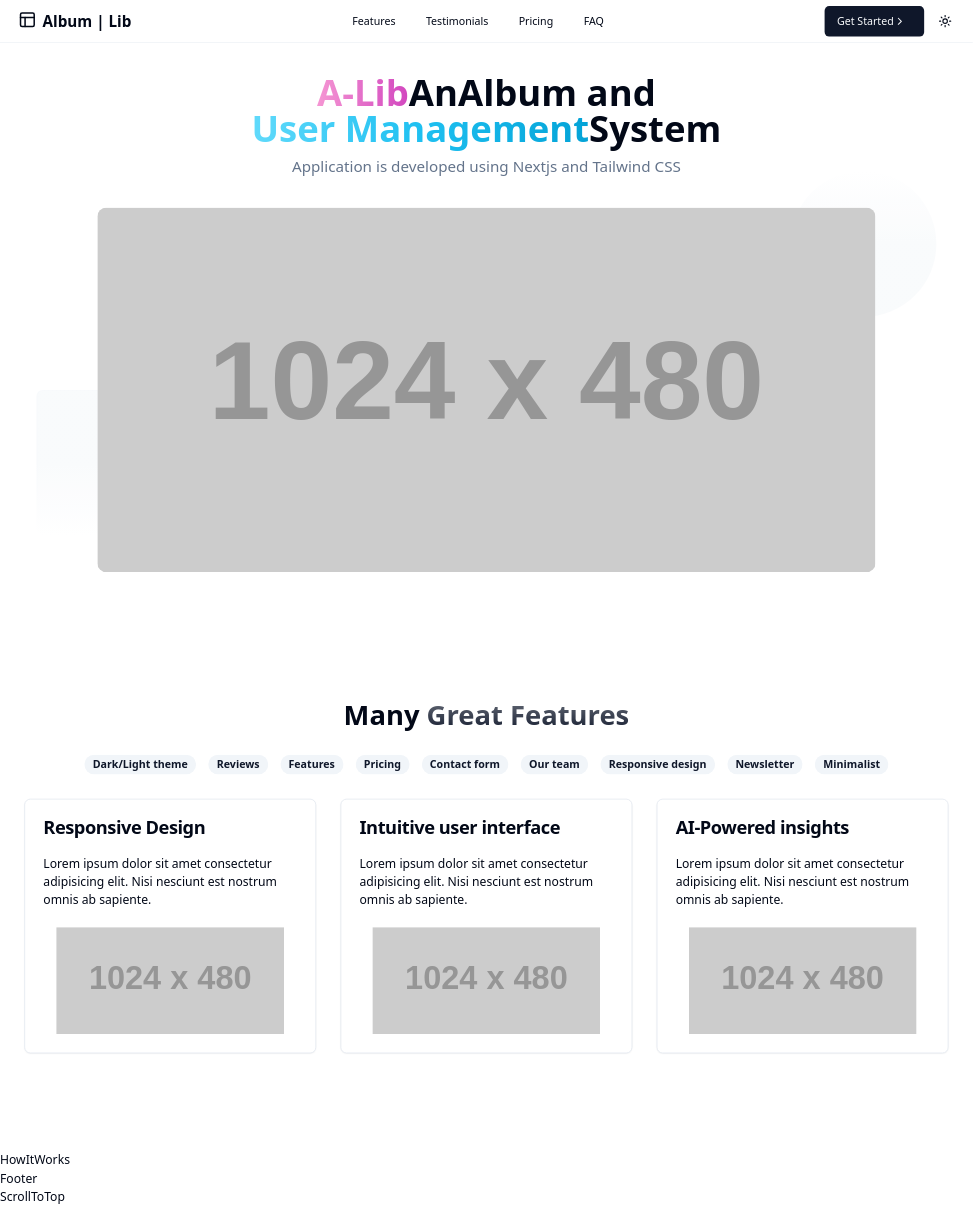
Repository: DevLaukey/savannah-informatics-test
Page: /
An editor plug-in stored every save of this project. The page is shown before and after a run of saves, followed by the edit.
The browser window is 1280 px wide. The pictures show the whole page, at 76% of full size.
The project was rebuilt for these pictures with package versions that can differ from the ones it lists, and the page was loaded fresh each time. The framework's server and built-in components were replaced by stand-ins that run in the browser. Also part of the build but not shown: next.config.mjs.

Above is the page before, as saved 2024-06-04 22:23:21.

### app/layout.jsx
import "./globals.css";
import { Inter as FontSans } from "next/font/google";

import { cn } from "@/lib/utils";
import { ThemeProvider } from "@/lib/theme-provider";

const fontSans = FontSans({
  subsets: ["latin"],
  variable: "--font-sans",
});

export default function RootLayout({ children }) {
  return (
    <html lang="en" suppressHydrationWarning>
      <head />
      <body
        className={cn(
          "min-h-screen bg-background font-sans antialiased",
          fontSans.variable
        )}
      >
        <ThemeProvider
          attribute="class"
          defaultTheme="system"
          enableSystem
          disableTransitionOnChange
        >
          {children}
        </ThemeProvider>
      </body>
    </html>
  );
}

### app/page.jsx
import Footer from "@/components/Footer";
import About from "@/components/landing-page/About";
import Hero from "@/components/landing-page/Hero";
import HowItWorks from "@/components/landing-page/HowItWorks";
import Navbar from "@/components/Navbar";
import ScrollToTop from "@/components/ScrollToTop";


// this is the landing page
export default function Home() {
  return (
    <>
      <Navbar />
      <Hero />
      <About />
      <HowItWorks />
      <Footer />
      <ScrollToTop />
    </>
  );
}

### components/landing-page/About.jsx
import { Badge } from "@/components/ui/badge";
import {
  Card,
  CardContent,
  CardFooter,
  CardHeader,
  CardTitle,
} from "@/components/ui/card";

const features = [
  {
    title: "Responsive Design",
    description:
      "Lorem ipsum dolor sit amet consectetur adipisicing elit. Nisi nesciunt est nostrum omnis ab sapiente.",
    image: "https://placehold.co/1024x480",
  },
  {
    title: "Intuitive user interface",
    description:
      "Lorem ipsum dolor sit amet consectetur adipisicing elit. Nisi nesciunt est nostrum omnis ab sapiente.",
    image: "https://placehold.co/1024x480",
  },
  {
    title: "AI-Powered insights",
    description:
      "Lorem ipsum dolor sit amet consectetur adipisicing elit. Nisi nesciunt est nostrum omnis ab sapiente.",
    image: "https://placehold.co/1024x480",
  },
];

const featureList = [
  "Dark/Light theme",
  "Reviews",
  "Features",
  "Pricing",
  "Contact form",
  "Our team",
  "Responsive design",
  "Newsletter",
  "Minimalist",
];

export const About = () => {
  return (
    <section id="features" className="container py-24 sm:py-32 space-y-8">
      <h2 className="text-3xl lg:text-4xl font-bold md:text-center">
        Many{" "}
        <span className="bg-gradient-to-b from-primary/60 to-primary text-transparent bg-clip-text">
          Great Features
        </span>
      </h2>

      <div className="flex flex-wrap md:justify-center gap-4">
        {featureList.map((feature) => (
          <div key={feature}>
            <Badge variant="secondary" className="text-sm">
              {feature}
            </Badge>
          </div>
        ))}
      </div>

      <div className="grid md:grid-cols-2 lg:grid-cols-3 gap-8">
        {features.map(({ title, description, image }) => (
          <Card key={title}>
            <CardHeader>
              <CardTitle>{title}</CardTitle>
            </CardHeader>

            <CardContent>{description}</CardContent>

            <CardFooter>
              <img
                src={image}
                alt="About feature"
                className="w-[200px] lg:w-[300px] mx-auto"
              />
            </CardFooter>
          </Card>
        ))}
      </div>
    </section>
  );
};

export default About;

### components/landing-page/Hero.jsx
const Hero = () => {
  return (
    <>
      {/* Hero */}
      <div className="relative overflow-hidden py-6 lg:py-10">
        <div className="container">
          <div className="max-w-2xl text-center mx-auto">
            <main className="text-3xl md:text-5xl font-bold">
              <h1 className="inline-block">
                <span className="inline bg-gradient-to-r from-[#F596D3] to-[#D247BF] text-transparent bg-clip-text">
                  A-Lib
                </span>
                An
              </h1>
              Album and
              <h2 className="inline-block">
                <span className="inline bg-gradient-to-r from-[#61DAFB] via-[#1fc0f1] to-[#03a3d7] text-transparent bg-clip-text">
                  User Management
                </span>
                System
              </h2>
            </main>

            <p className="mt-3 text-xl text-muted-foreground">
              Application is developed using Nextjs and Tailwind CSS
            </p>
          </div>
          <div className="mt-10 relative max-w-5xl mx-auto">
            <img
              src="https://placehold.co/1024x480"
              className="rounded-xl"
              alt="Image Description"
            />
            <div className="absolute bottom-12 -start-20 -z-[1] w-48 h-48 bg-gradient-to-b from-primary-foreground via-primary-foreground to-background p-px rounded-lg">
              <div className="w-48 h-48 rounded-lg bg-background/10" />
            </div>
            <div className="absolute -top-12 -end-20 -z-[1] w-48 h-48 bg-gradient-to-t from-primary-foreground via-primary-foreground to-background p-px rounded-full">
              <div className="w-48 h-48 rounded-full bg-background/10" />
            </div>
          </div>
        </div>
      </div>
      {/* End Hero */}
    </>
  );
};

export default Hero;

### components/landing-page/HowItWorks.jsx
import React from 'react'

function HowItWorks() {
  return (
    <div>HowItWorks</div>
  )
}

export default HowItWorks

### components/Navbar.jsx
"use client";
import React, { useState } from "react";
import {
  NavigationMenu,
  NavigationMenuItem,
  NavigationMenuList,
} from "@/components/ui/navigation-menu";
import {
  Sheet,
  SheetContent,
  SheetHeader,
  SheetTitle,
  SheetTrigger,
} from "@/components/ui/sheet";
import { Button, buttonVariants } from "./ui/button";
import { ChevronRight, Menu } from "lucide-react";
import ModeToggle from "./mode-toggle";
import { LogoIcon } from "./Icons";

const routeList = [
  {
    href: "#features",
    label: "Features",
  },
  {
    href: "#testimonials",
    label: "Testimonials",
  },
  {
    href: "#pricing",
    label: "Pricing",
  },
  {
    href: "#faq",
    label: "FAQ",
  },
];

const Navbar = () => {
  const [isOpen, setIsOpen] = useState(false);
  return (
    <header className="sticky border-b-[1px] top-0 z-40 w-full bg-white dark:border-b-slate-700 dark:bg-background">
      <NavigationMenu className="mx-auto">
        <NavigationMenuList className="container h-14 px-4 w-screen flex justify-between">
          <NavigationMenuItem className="font-bold flex">
            <a
              rel="noreferrer noopener"
              href="/"
              className="ml-2 font-bold text-xl flex"
            >
              <LogoIcon />
              Album | Lib
            </a>
          </NavigationMenuItem>

          {/* mobile */}
          <span className="flex md:hidden">
            <ModeToggle />

            <Sheet open={isOpen} onOpenChange={setIsOpen}>
              <SheetTrigger className="px-2">
                <Menu
                  className="flex md:hidden h-5 w-5"
                  onClick={() => setIsOpen(true)}
                >
                  <span className="sr-only">Menu Icon</span>
                </Menu>
              </SheetTrigger>

              <SheetContent side={"left"}>
                <SheetHeader>
                  <SheetTitle className="font-bold text-xl">
                    Shadcn/React
                  </SheetTitle>
                </SheetHeader>
                <nav className="flex flex-col justify-center items-center gap-2 mt-4">
                  {routeList.map(({ href, label }) => (
                    <a
                      rel="noreferrer noopener"
                      key={label}
                      href={href}
                      onClick={() => setIsOpen(false)}
                      className={buttonVariants({ variant: "ghost" })}
                    >
                      {label}
                    </a>
                  ))}
                  <Button>
                    Get Started
                    <ChevronRight className="mr-2 h-4 w-4" />
                  </Button>
                </nav>
              </SheetContent>
            </Sheet>
          </span>

          {/* desktop */}
          <nav className="hidden md:flex gap-2">
            {routeList.map((route, i) => (
              <a
                rel="noreferrer noopener"
                href={route.href}
                key={i}
                className={`text-[17px] ${buttonVariants({
                  variant: "ghost",
                })}`}
              >
                {route.label}
              </a>
            ))}
          </nav>

          <div className="hidden md:flex gap-2">
            <Button>
              Get Started
              <ChevronRight className="mr-2 h-4 w-4" />
            </Button>
            <ModeToggle />
          </div>
        </NavigationMenuList>
      </NavigationMenu>
    </header>
  );
};
export default Navbar;

### components/ScrollToTop.jsx
import React from 'react'

function ScrollToTop() {
  return (
    <div>ScrollToTop</div>
  )
}

export default ScrollToTop

### components/ui/badge.jsx
import * as React from "react"
import { cva } from "class-variance-authority";

import { cn } from "@/lib/utils"

const badgeVariants = cva(
  "inline-flex items-center rounded-full border px-2.5 py-0.5 text-xs font-semibold transition-colors focus:outline-none focus:ring-2 focus:ring-ring focus:ring-offset-2",
  {
    variants: {
      variant: {
        default:
          "border-transparent bg-primary text-primary-foreground hover:bg-primary/80",
        secondary:
          "border-transparent bg-secondary text-secondary-foreground hover:bg-secondary/80",
        destructive:
          "border-transparent bg-destructive text-destructive-foreground hover:bg-destructive/80",
        outline: "text-foreground",
      },
    },
    defaultVariants: {
      variant: "default",
    },
  }
)

function Badge({
  className,
  variant,
  ...props
}) {
  return (<div className={cn(badgeVariants({ variant }), className)} {...props} />);
}

export { Badge, badgeVariants }

### components/ui/card.jsx
import * as React from "react"

import { cn } from "@/lib/utils"

const Card = React.forwardRef(({ className, ...props }, ref) => (
  <div
    ref={ref}
    className={cn("rounded-lg border bg-card text-card-foreground shadow-sm", className)}
    {...props} />
))
Card.displayName = "Card"

const CardHeader = React.forwardRef(({ className, ...props }, ref) => (
  <div
    ref={ref}
    className={cn("flex flex-col space-y-1.5 p-6", className)}
    {...props} />
))
CardHeader.displayName = "CardHeader"

const CardTitle = React.forwardRef(({ className, ...props }, ref) => (
  <h3
    ref={ref}
    className={cn("text-2xl font-semibold leading-none tracking-tight", className)}
    {...props} />
))
CardTitle.displayName = "CardTitle"

const CardDescription = React.forwardRef(({ className, ...props }, ref) => (
  <p
    ref={ref}
    className={cn("text-sm text-muted-foreground", className)}
    {...props} />
))
CardDescription.displayName = "CardDescription"

const CardContent = React.forwardRef(({ className, ...props }, ref) => (
  <div ref={ref} className={cn("p-6 pt-0", className)} {...props} />
))
CardContent.displayName = "CardContent"

const CardFooter = React.forwardRef(({ className, ...props }, ref) => (
  <div
    ref={ref}
    className={cn("flex items-center p-6 pt-0", className)}
    {...props} />
))
CardFooter.displayName = "CardFooter"

export { Card, CardHeader, CardFooter, CardTitle, CardDescription, CardContent }

### components/ui/navigation-menu.jsx
import * as React from "react"
import * as NavigationMenuPrimitive from "@radix-ui/react-navigation-menu"
import { cva } from "class-variance-authority"
import { ChevronDown } from "lucide-react"

import { cn } from "@/lib/utils"

const NavigationMenu = React.forwardRef(({ className, children, ...props }, ref) => (
  <NavigationMenuPrimitive.Root
    ref={ref}
    className={cn(
      "relative z-10 flex max-w-max flex-1 items-center justify-center",
      className
    )}
    {...props}>
    {children}
    <NavigationMenuViewport />
  </NavigationMenuPrimitive.Root>
))
NavigationMenu.displayName = NavigationMenuPrimitive.Root.displayName

const NavigationMenuList = React.forwardRef(({ className, ...props }, ref) => (
  <NavigationMenuPrimitive.List
    ref={ref}
    className={cn(
      "group flex flex-1 list-none items-center justify-center space-x-1",
      className
    )}
    {...props} />
))
NavigationMenuList.displayName = NavigationMenuPrimitive.List.displayName

const NavigationMenuItem = NavigationMenuPrimitive.Item

const navigationMenuTriggerStyle = cva(
  "group inline-flex h-10 w-max items-center justify-center rounded-md bg-background px-4 py-2 text-sm font-medium transition-colors hover:bg-accent hover:text-accent-foreground focus:bg-accent focus:text-accent-foreground focus:outline-none disabled:pointer-events-none disabled:opacity-50 data-[active]:bg-accent/50 data-[state=open]:bg-accent/50"
)

const NavigationMenuTrigger = React.forwardRef(({ className, children, ...props }, ref) => (
  <NavigationMenuPrimitive.Trigger
    ref={ref}
    className={cn(navigationMenuTriggerStyle(), "group", className)}
    {...props}>
    {children}{" "}
    <ChevronDown
      className="relative top-[1px] ml-1 h-3 w-3 transition duration-200 group-data-[state=open]:rotate-180"
      aria-hidden="true" />
  </NavigationMenuPrimitive.Trigger>
))
NavigationMenuTrigger.displayName = NavigationMenuPrimitive.Trigger.displayName

const NavigationMenuContent = React.forwardRef(({ className, ...props }, ref) => (
  <NavigationMenuPrimitive.Content
    ref={ref}
    className={cn(
      "left-0 top-0 w-full data-[motion^=from-]:animate-in data-[motion^=to-]:animate-out data-[motion^=from-]:fade-in data-[motion^=to-]:fade-out data-[motion=from-end]:slide-in-from-right-52 data-[motion=from-start]:slide-in-from-left-52 data-[motion=to-end]:slide-out-to-right-52 data-[motion=to-start]:slide-out-to-left-52 md:absolute md:w-auto ",
      className
    )}
    {...props} />
))
NavigationMenuContent.displayName = NavigationMenuPrimitive.Content.displayName

const NavigationMenuLink = NavigationMenuPrimitive.Link

const NavigationMenuViewport = React.forwardRef(({ className, ...props }, ref) => (
  <div className={cn("absolute left-0 top-full flex justify-center")}>
    <NavigationMenuPrimitive.Viewport
      className={cn(
        "origin-top-center relative mt-1.5 h-[var(--radix-navigation-menu-viewport-height)] w-full overflow-hidden rounded-md border bg-popover text-popover-foreground shadow-lg data-[state=open]:animate-in data-[state=closed]:animate-out data-[state=closed]:zoom-out-95 data-[state=open]:zoom-in-90 md:w-[var(--radix-navigation-menu-viewport-width)]",
        className
      )}
      ref={ref}
      {...props} />
  </div>
))
NavigationMenuViewport.displayName =
  NavigationMenuPrimitive.Viewport.displayName

const NavigationMenuIndicator = React.forwardRef(({ className, ...props }, ref) => (
  <NavigationMenuPrimitive.Indicator
    ref={ref}
    className={cn(
      "top-full z-[1] flex h-1.5 items-end justify-center overflow-hidden data-[state=visible]:animate-in data-[state=hidden]:animate-out data-[state=hidden]:fade-out data-[state=visible]:fade-in",
      className
    )}
    {...props}>
    <div
      className="relative top-[60%] h-2 w-2 rotate-45 rounded-tl-sm bg-border shadow-md" />
  </NavigationMenuPrimitive.Indicator>
))
NavigationMenuIndicator.displayName =
  NavigationMenuPrimitive.Indicator.displayName

export {
  navigationMenuTriggerStyle,
  NavigationMenu,
  NavigationMenuList,
  NavigationMenuItem,
  NavigationMenuContent,
  NavigationMenuTrigger,
  NavigationMenuLink,
  NavigationMenuIndicator,
  NavigationMenuViewport,
}

### components/ui/sheet.jsx
"use client";
import * as React from "react"
import * as SheetPrimitive from "@radix-ui/react-dialog"
import { cva } from "class-variance-authority";
import { X } from "lucide-react"

import { cn } from "@/lib/utils"

const Sheet = SheetPrimitive.Root

const SheetTrigger = SheetPrimitive.Trigger

const SheetClose = SheetPrimitive.Close

const SheetPortal = SheetPrimitive.Portal

const SheetOverlay = React.forwardRef(({ className, ...props }, ref) => (
  <SheetPrimitive.Overlay
    className={cn(
      "fixed inset-0 z-50 bg-black/80  data-[state=open]:animate-in data-[state=closed]:animate-out data-[state=closed]:fade-out-0 data-[state=open]:fade-in-0",
      className
    )}
    {...props}
    ref={ref} />
))
SheetOverlay.displayName = SheetPrimitive.Overlay.displayName

const sheetVariants = cva(
  "fixed z-50 gap-4 bg-background p-6 shadow-lg transition ease-in-out data-[state=open]:animate-in data-[state=closed]:animate-out data-[state=closed]:duration-300 data-[state=open]:duration-500",
  {
    variants: {
      side: {
        top: "inset-x-0 top-0 border-b data-[state=closed]:slide-out-to-top data-[state=open]:slide-in-from-top",
        bottom:
          "inset-x-0 bottom-0 border-t data-[state=closed]:slide-out-to-bottom data-[state=open]:slide-in-from-bottom",
        left: "inset-y-0 left-0 h-full w-3/4 border-r data-[state=closed]:slide-out-to-left data-[state=open]:slide-in-from-left sm:max-w-sm",
        right:
          "inset-y-0 right-0 h-full w-3/4  border-l data-[state=closed]:slide-out-to-right data-[state=open]:slide-in-from-right sm:max-w-sm",
      },
    },
    defaultVariants: {
      side: "right",
    },
  }
)

const SheetContent = React.forwardRef(({ side = "right", className, children, ...props }, ref) => (
  <SheetPortal>
    <SheetOverlay />
    <SheetPrimitive.Content ref={ref} className={cn(sheetVariants({ side }), className)} {...props}>
      {children}
      <SheetPrimitive.Close
        className="absolute right-4 top-4 rounded-sm opacity-70 ring-offset-background transition-opacity hover:opacity-100 focus:outline-none focus:ring-2 focus:ring-ring focus:ring-offset-2 disabled:pointer-events-none data-[state=open]:bg-secondary">
        <X className="h-4 w-4" />
        <span className="sr-only">Close</span>
      </SheetPrimitive.Close>
    </SheetPrimitive.Content>
  </SheetPortal>
))
SheetContent.displayName = SheetPrimitive.Content.displayName

const SheetHeader = ({
  className,
  ...props
}) => (
  <div
    className={cn("flex flex-col space-y-2 text-center sm:text-left", className)}
    {...props} />
)
SheetHeader.displayName = "SheetHeader"

const SheetFooter = ({
  className,
  ...props
}) => (
  <div
    className={cn("flex flex-col-reverse sm:flex-row sm:justify-end sm:space-x-2", className)}
    {...props} />
)
SheetFooter.displayName = "SheetFooter"

const SheetTitle = React.forwardRef(({ className, ...props }, ref) => (
  <SheetPrimitive.Title
    ref={ref}
    className={cn("text-lg font-semibold text-foreground", className)}
    {...props} />
))
SheetTitle.displayName = SheetPrimitive.Title.displayName

const SheetDescription = React.forwardRef(({ className, ...props }, ref) => (
  <SheetPrimitive.Description
    ref={ref}
    className={cn("text-sm text-muted-foreground", className)}
    {...props} />
))
SheetDescription.displayName = SheetPrimitive.Description.displayName

export {
  Sheet,
  SheetPortal,
  SheetOverlay,
  SheetTrigger,
  SheetClose,
  SheetContent,
  SheetHeader,
  SheetFooter,
  SheetTitle,
  SheetDescription,
}

### components/ui/button.jsx
import * as React from "react"
import { Slot } from "@radix-ui/react-slot"
import { cva } from "class-variance-authority";

import { cn } from "@/lib/utils"

const buttonVariants = cva(
  "inline-flex items-center justify-center whitespace-nowrap rounded-md text-sm font-medium ring-offset-background transition-colors focus-visible:outline-none focus-visible:ring-2 focus-visible:ring-ring focus-visible:ring-offset-2 disabled:pointer-events-none disabled:opacity-50",
  {
    variants: {
      variant: {
        default: "bg-primary text-primary-foreground hover:bg-primary/90",
        destructive:
          "bg-destructive text-destructive-foreground hover:bg-destructive/90",
        outline:
          "border border-input bg-background hover:bg-accent hover:text-accent-foreground",
        secondary:
          "bg-secondary text-secondary-foreground hover:bg-secondary/80",
        ghost: "hover:bg-accent hover:text-accent-foreground",
        link: "text-primary underline-offset-4 hover:underline",
      },
      size: {
        default: "h-10 px-4 py-2",
        sm: "h-9 rounded-md px-3",
        lg: "h-11 rounded-md px-8",
        icon: "h-10 w-10",
      },
    },
    defaultVariants: {
      variant: "default",
      size: "default",
    },
  }
)

const Button = React.forwardRef(({ className, variant, size, asChild = false, ...props }, ref) => {
  const Comp = asChild ? Slot : "button"
  return (
    (<Comp
      className={cn(buttonVariants({ variant, size, className }))}
      ref={ref}
      {...props} />)
  );
})
Button.displayName = "Button"

export { Button, buttonVariants }

### components/mode-toggle.jsx
import React from "react";
import { Button } from "@/components/ui/button";
import {
  DropdownMenu,
  DropdownMenuContent,
  DropdownMenuItem,
  DropdownMenuTrigger,
} from "@/components/ui/dropdown-menu";
import { useTheme } from "@/lib/theme-provider";
import { Moon, Sun } from "lucide-react";

export default function ModeToggle() {
  const { setTheme } = useTheme();

  return (
    <DropdownMenu>
      <DropdownMenuTrigger asChild>
        <Button variant="ghost" size="icon" className="ghost">
          <Sun className="h-[1.1rem] w-[1.2rem] rotate-0 scale-100 transition-all dark:-rotate-90 dark:scale-0" />
          <Moon className="absolute h-[1.1rem] w-[1.2rem] rotate-90 scale-0 transition-all dark:rotate-0 dark:scale-100" />
          <span className="sr-only">Toggle theme</span>
        </Button>
      </DropdownMenuTrigger>
      <DropdownMenuContent align="end">
        <DropdownMenuItem onClick={() => setTheme("light")}>
          Light
        </DropdownMenuItem>
        <DropdownMenuItem onClick={() => setTheme("dark")}>
          Dark
        </DropdownMenuItem>
        <DropdownMenuItem onClick={() => setTheme("system")}>
          System
        </DropdownMenuItem>
      </DropdownMenuContent>
    </DropdownMenu>
  );
}

### components/Icons.jsx
export const LogoIcon = () => {
  return (
    <svg
      xmlns="http://www.w3.org/2000/svg"
      viewBox="0 0 24 24"
      fill="none"
      stroke="currentColor"
      strokeWidth="2"
      strokeLinecap="round"
      strokeLinejoin="round"
      className="lucide lucide-panels-top-left mr-2 w-6 h-6"
    >
      <rect width="18" height="18" x="3" y="3" rx="2" />
      <path d="M3 9h18" />
      <path d="M9 21V9" />
    </svg>
  );
};

Loaded but not shown: app/globals.css (common file); lib/utils.js (common file); components/Footer.jsx (common file); tailwind.config.js (82 lines, source omitted); lib/theme-provider.js (60 lines, source omitted); components/ui/dropdown-menu.jsx (157 lines, source omitted); app/api/albums/route.js (no copy from this time; the picture is the same without it)

After the next 2 saves:
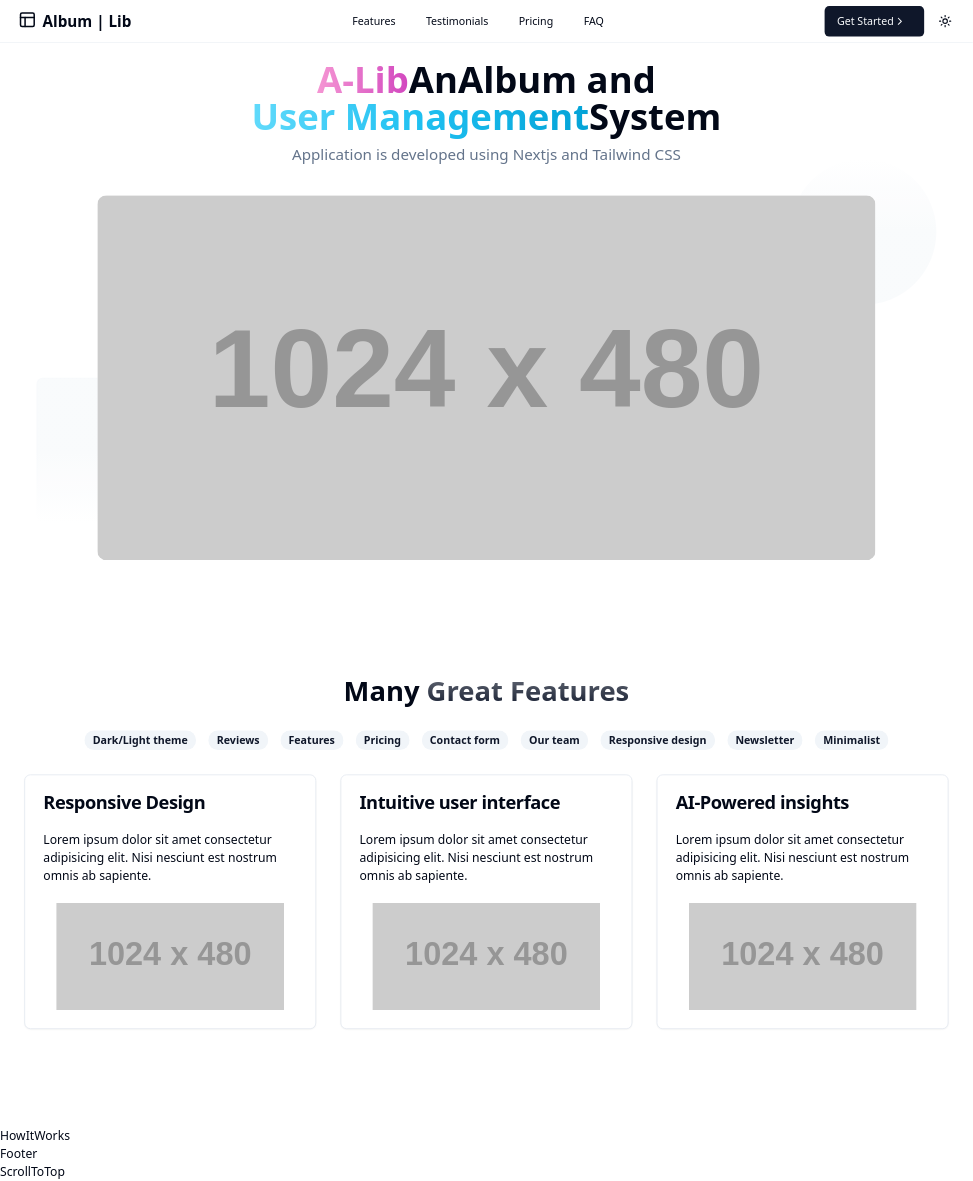
The 2 saves are shown as one change because they came seconds apart.
The last was saved 12 s later.
--- a/components/landing-page/Hero.jsx
+++ b/components/landing-page/Hero.jsx
@@ -2,7 +2,7 @@ const Hero = () => {
   return (
     <>
       {/* Hero */}
-      <div className="relative overflow-hidden py-6 lg:py-10">
+      <div className="relative overflow-hidden py-2 lg:py-6">
         <div className="container">
           <div className="max-w-2xl text-center mx-auto">
             <main className="text-3xl md:text-5xl font-bold">
